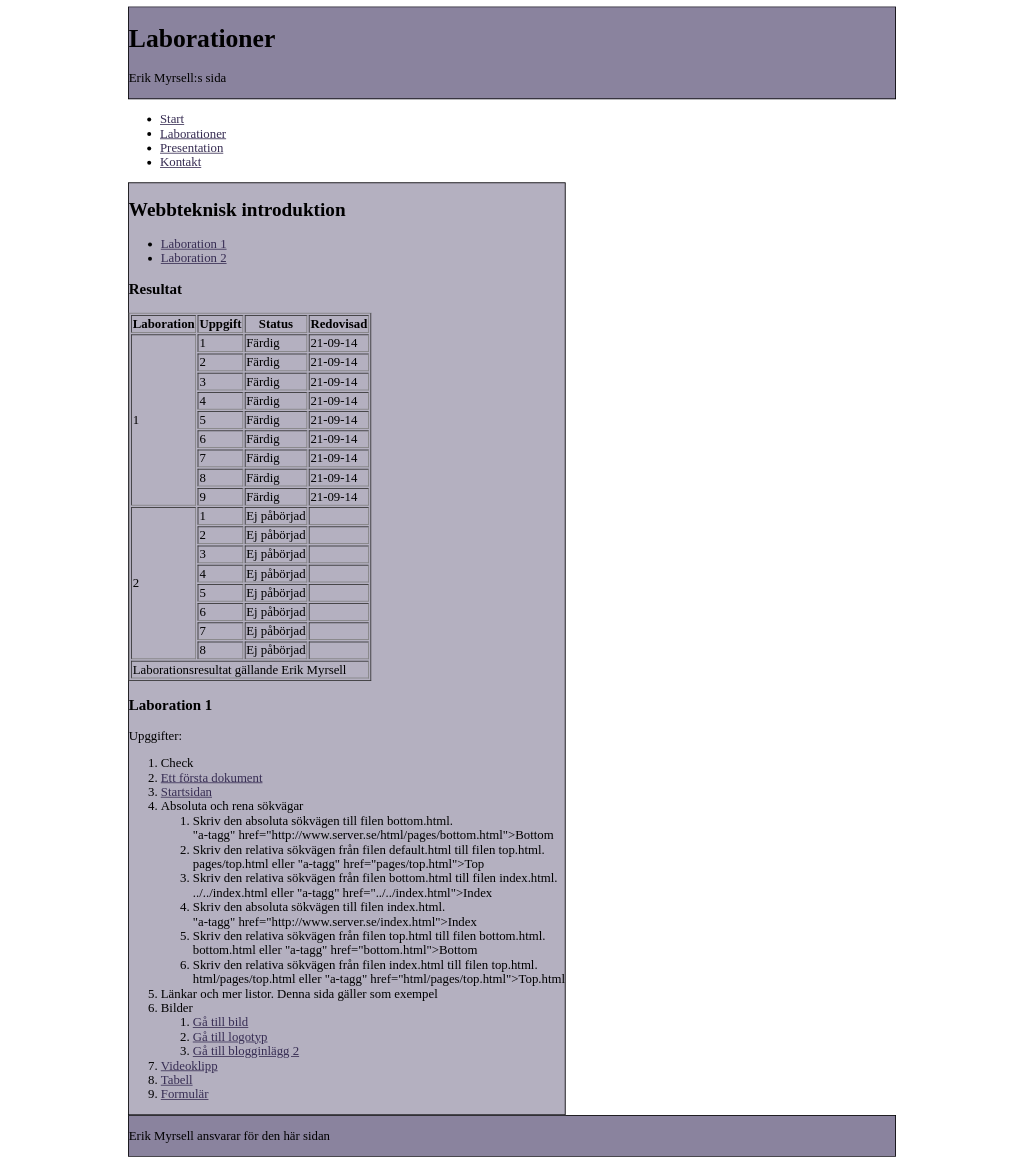
Repository: em222mt/1IK415_em222mt
Page: pages/laborationer.html
The author's editor kept a record of every edit. The page is drawn from the files as they stood at one moment, then again after the next edit.
The browser window is 1280 px wide. The pictures show the whole page, at 80% of full size.

Above is the page before.

### pages/laborationer.html
<!doctype html>
<html lang="sv">

<head>
    <meta charset="utf-8">
    <title>Laborationer</title>

    <link rel="stylesheet" href="../css/basic.css">
</head>

    <body>

        <div id="container">

            <div id="header">

            <h1>Laborationer</h1>
            <p>Erik Myrsell:s sida</p>

            </div>


            <div id="naviation">

            <ul>
                <li><a href="../index.html">Start</a></li>
                <li><a href="laborationer.html">Laborationer</a></li>
                <li><a href="presentation.html">Presentation</a></li>
                <li><a href="kontakt.html">Kontakt</a></li>
            </ul>

            </div>

            <div id="content">
            <h2>Webbteknisk introduktion</h2>

            <ul>
                <li><a href="#labb1">Laboration 1</a></li>
                <li><a href="#labb2">Laboration 2</a></li>
            </ul>

            <h3>Resultat</h3>

            <table id="tabell" border="1">
                <thead>
                        <tr>
                            <th>Laboration</th>
                            <th>Uppgift</th>
                            <th>Status</th>
                            <th>Redovisad</th>
                        </tr>
                </thead>
                <tfoot>
                    <tr>
                        <td colspan="4">Laborationsresultat gällande Erik Myrsell</td>
                    </tr>
                </tfoot>
                <tbody>
                    <tr>
                        <td rowspan="9">1</td>
                        <td>1</td>
                        <td>Färdig</td>
                        <td>21-09-14</td>
                    </tr>

                    <tr>
                        <td>2</td>
                        <td>Färdig</td>
                        <td>21-09-14</td>
                    </tr>
                    <tr>
                        <td>3</td>
                        <td>Färdig</td>
                        <td>21-09-14</td>
                    </tr>
                    <tr>
                        <td>4</td>
                        <td>Färdig</td>
                        <td>21-09-14</td>
                    </tr>
                    <tr>
                        <td>5</td>
                        <td>Färdig</td>
                        <td>21-09-14</td>
                    </tr>
                    <tr>
                        <td>6</td>
                        <td>Färdig</td>
                        <td>21-09-14</td>
                    </tr>
                    <tr>
                        <td>7</td>
                        <td>Färdig</td>
                        <td>21-09-14</td>
                    </tr>
                    <tr>
                        <td>8</td>
                        <td>Färdig</td>
                        <td>21-09-14</td>
                    </tr>
                    <tr>
                        <td>9</td>
                        <td>Färdig</td>
                        <td>21-09-14</td>
                    </tr>
                    <tr>
                        <td rowspan="8">2</td>
                        <td>1</td>
                        <td>Ej påbörjad</td>
                        <td></td>
                    </tr>
                    <tr>
                        <td>2</td>
                        <td>Ej påbörjad</td>
                        <td></td>
                    </tr>
                    <tr>
                        <td>3</td>
                        <td>Ej påbörjad</td>
                        <td></td>
                    </tr>
                     <tr>
                        <td>4</td>
                        <td>Ej påbörjad</td>
                        <td></td>
                    </tr>
                     <tr>
                        <td>5</td>
                        <td>Ej påbörjad</td>
                        <td></td>
                    </tr>
                    <tr>
                        <td>6</td>
                        <td>Ej påbörjad</td>
                        <td></td>
                    </tr>
                     <tr>
                        <td>7</td>
                        <td>Ej påbörjad</td>
                        <td></td>
                    </tr>
                     <tr>
                        <td>8</td>
                        <td>Ej påbörjad</td>
                        <td></td>
                    </tr>

                </tbody>
            </table>

            <h3 id="labb1">Laboration 1</h3>

            <p>Upggifter:</p>

            <ol>
                <li>Check</li>
                <li><a href="presentation.html">Ett första dokument</a></li>
                <li><a href="../index.html">Startsidan</a></li>
                <li>Absoluta och rena sökvägar
                    <ol>
                        <li>Skriv den absoluta sökvägen till filen bottom.html.<br>"a-tagg" href="http://www.server.se/html/pages/bottom.html">Bottom</li>
                        <li>Skriv den relativa sökvägen från filen default.html till filen top.html.<br>pages/top.html eller "a-tagg" href="pages/top.html">Top</li>
                        <li>Skriv den relativa sökvägen från filen bottom.html till filen index.html.<br>../../index.html eller "a-tagg" href="../../index.html">Index</li>
                        <li>Skriv den absoluta sökvägen till filen index.html.<br> "a-tagg" href="http://www.server.se/index.html">Index</li>
                        <li>Skriv den relativa sökvägen från filen top.html till filen bottom.html.<br>bottom.html eller "a-tagg" href="bottom.html">Bottom</li>
                        <li>Skriv den relativa sökvägen från filen index.html till filen top.html.<br>html/pages/top.html eller "a-tagg" href="html/pages/top.html">Top.html</li>
                    </ol>
                </li>
                <li>Länkar och mer listor. Denna sida gäller som exempel</li>
                <li>Bilder
                    <ol>
                        <li><a href="presentation.html#bild">Gå till bild</a></li>
                        <li><a href="../pics/Logo3.png">Gå till logotyp</a></li>
                        <li><a href="../index.html#inlägg2">Gå till blogginlägg 2</a></li>
                    </ol>
                </li>
                <li><a href="../index.html#inlägg3">Videoklipp</a></li>
                <li><a href="#tabell">Tabell</a></li>
                <li><a href="kontakt.html#form">Formulär</a></li>

            </ol>

            </div>

            <div id="footer">

                <p>Erik Myrsell ansvarar för den här sidan</p>

            </div>
        </div>
    </body>
</html>

### css/basic.css
/*Här börjar stilmallen*/

a:link 	    { color: #372D53; }
a:visited 	{ color: gray; }
a:focus 	{ color: #51476F; }
a:hover	    { color: #8A839E; }
a:active 	{ color: black; }

/*
Background main: #B4B0C0
Background aside: #51476F
Background header/footer: #8A839E
text-color: #372D53
*/

#container {
    max-width: 960px;
    overflow: auto;
    margin: 0 auto;
}
#header {
    border-style: solid;
    border-width: 1px;
    max-width: 958px;
    background-color: #8A839E
}

#navigation {
    border-style: solid;
    border-width: 1px;
    float: left;
    width: 148px;
    background-color: #51476F;
}

#content {
    border-style: solid;
    border-width: 1px;
    float: left;
    max-width: 808px;
    background-color: #B4B0C0;

}

#footer {
    border-style: solid;
    border-width: 1px;
    clear: both;
    max-width: 958px;
    background-color: #8A839E;
}

#gubbe {
    max-width: 450px;
}

After the next edit:
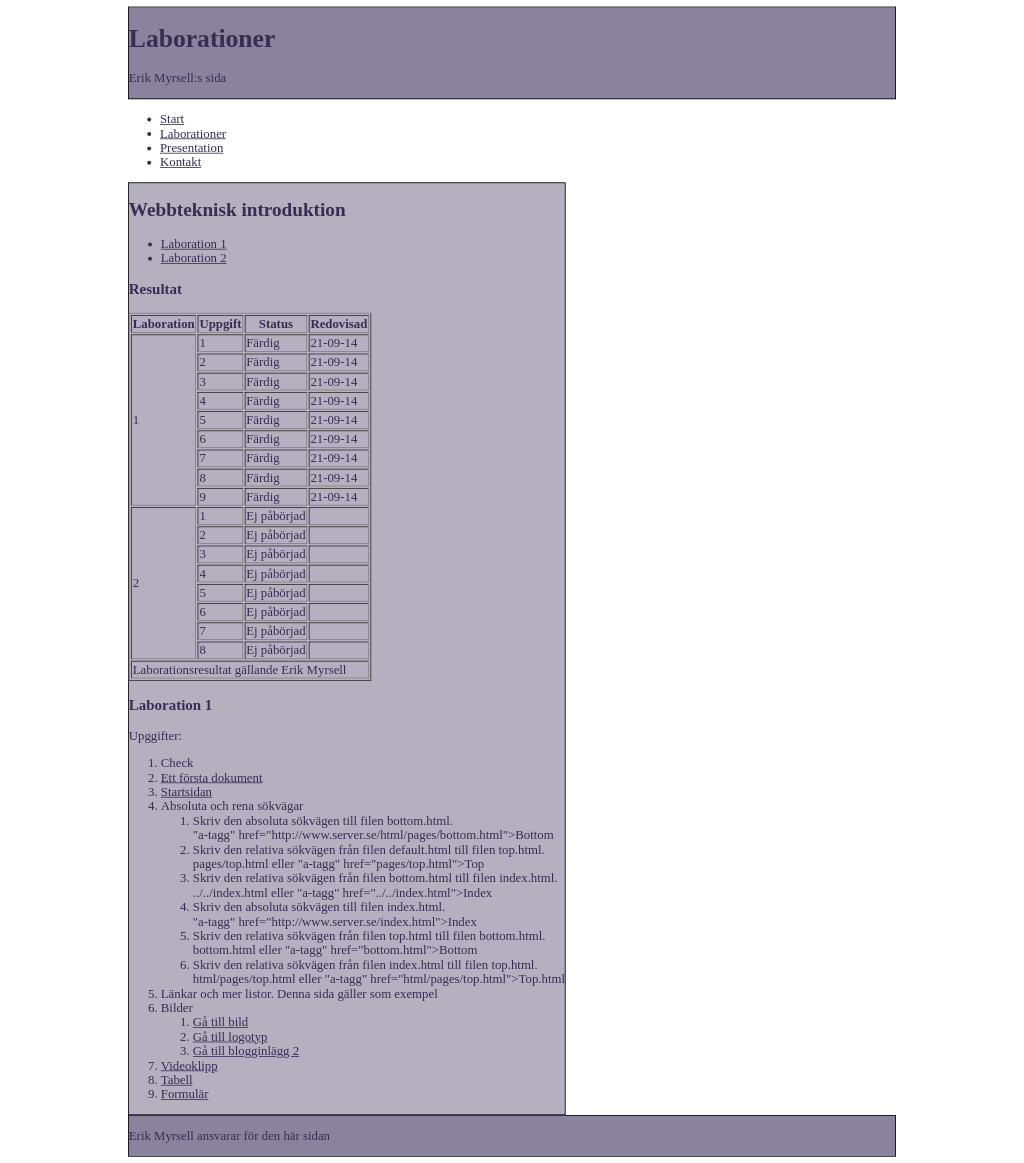
The edit:
--- a/css/basic.css
+++ b/css/basic.css
@@ -53,3 +53,7 @@ text-color: #372D53
 #gubbe {
     max-width: 450px;
 }
+
+p, h1, h2, h3, ul, ol, li, form, table {
+    color: #372D53;
+}
